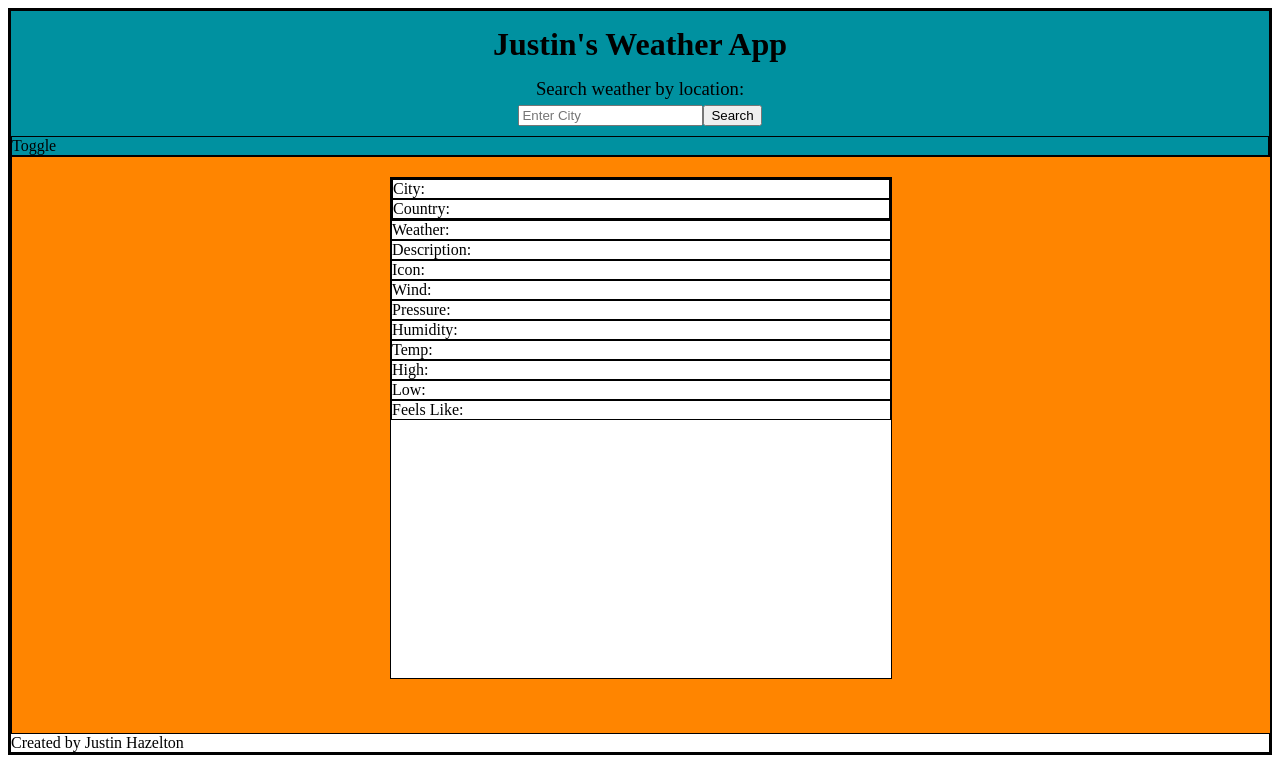
Repository: J-Haze/Weather
Page: /
The author's editor kept a copy of each file at every save. The page is drawn from the files as they stood at one save, then again after the next save.
The browser window is 1280 px wide. The pictures show the whole page.
The project was rebuilt for these pictures with package versions that can differ from the ones it lists, and the page was loaded fresh each time. Also part of the build but not shown: src/index.css.

Above is the page before, as saved 2020-09-06 18:43:25.

### public/index.html
<!DOCTYPE html>
<html lang="en">
  <head>
    <meta charset="utf-8" />
    <link rel="icon" href="%PUBLIC_URL%/favicon.ico" />
    <meta name="viewport" content="width=device-width, initial-scale=1" />
    <meta name="theme-color" content="#000000" />
    <meta
      name="description"
      content="Web site created using create-react-app"
    />
    <link rel="apple-touch-icon" href="%PUBLIC_URL%/logo192.png" />
    <!--
      manifest.json provides metadata used when your web app is installed on a
      user's mobile device or desktop. See https://developers.google.com/web/fundamentals/web-app-manifest/
    -->
    <link rel="manifest" href="%PUBLIC_URL%/manifest.json" />
    <!--
      Notice the use of %PUBLIC_URL% in the tags above.
      It will be replaced with the URL of the `public` folder during the build.
      Only files inside the `public` folder can be referenced from the HTML.

      Unlike "/favicon.ico" or "favicon.ico", "%PUBLIC_URL%/favicon.ico" will
      work correctly both with client-side routing and a non-root public URL.
      Learn how to configure a non-root public URL by running `npm run build`.
    -->
    <title>Weather App ⛅</title>
  </head>
  <body>
    <noscript>You need to enable JavaScript to run this app.</noscript>
    <div id="root"></div>
    <!--
      This HTML file is a template.
      If you open it directly in the browser, you will see an empty page.

      You can add webfonts, meta tags, or analytics to this file.
      The build step will place the bundled scripts into the <body> tag.

      To begin the development, run `npm start` or `yarn start`.
      To create a production bundle, use `npm run build` or `yarn build`.
    -->
  </body>
</html>

### src/App.js
import React from "react";
import "./App.css";
import Weather from "./components/Weather"
// import Results from "./components/Results"

function App() {
  return (
    <div className="App" >
        <Weather />
    </div >
  )

}

export default App;

### src/App.css
:root{
    --light-blue: rgb(0,145,160);
    --orange: rgb(255, 133, 0);
    --dark-blue: rgb(0, 39, 96);
}

div {
    border: solid black 1px;
}

/* #root{
        width: 100%;
        height: 100%;
        bottom: 0px;
}

#app{
        width: 100%;
        height: 100%;
        bottom: 0px;
} */

header{
    background-color: var(--light-blue);
    display: flex;
    flex-direction: column;
    margin-left: auto;
    margin-right: auto;
    justify-content: center;
}

#title{
    display: flex;
    margin-left: auto;
    margin-right: auto;
    justify-content: center;
    /* align-items: center; */
    font-size: 2em;
    margin-top: 15px;
    margin-bottom: 15px;
    font-weight: bold;

    border: none;
}

#subtitle{
    display: flex;
    justify-content: center;
     align-items: center;
     margin-top: none;
     margin-bottom: 5px;;
    font-size: 1.17em;

    border: none;
}

#form{
    display: flex;
    margin-bottom: 10px;
}

#search-box{
    display: flex;
        margin-left: auto;
    justify-content: center;
     align-items: center;

}

#search-button{
    margin-right: auto;

      position: relative;
  /* width: 30px; */
  /* height: 30px;
  line-height: 30px; */
  color: black;
  /* flex-shrink: 0; */
}

#fa-search-location{
    display: flex;
    height: 100%;
    width: 100%;
    color: black;
}

#results-section{
    background-color: var(--orange);
    width: 100%;
    margin-top: 0px;
    height: 100%;
    min-height: 80vh;
}



#results-card{
    background-color: white;
    width: 500px;
    height: 500px;
    margin-top: 20px;
    margin-left: auto;
    margin-right: auto;
}

### src/components/Weather.js
import React from 'react';
// import getWeather from "./getWeather";
import { useState, useEffect } from 'react';
import "../App.css";
// import { getIconClass, makeDate } from '../Helpers';


const Weather = () => {

    let [error, setError] = useState(false);
    let [loading, setLoading] = useState(false);
    let [errorMessage, setErrorMessage] = useState("");

    let [location, setLocation] = useState("");
    const [data, setData] = useState(null);
    const [url, setUrl] = useState("")

    const [city, setCity] = useState("");
    const [country, setCountry] = useState("");
    const [weather, setWeather] = useState("");
    const [description, setDescription] = useState("");
    const [icon, setIcon] = useState("");
    const [pressure, setPressure] = useState("");
    const [humidity, setHumidity] = useState("");
    const [wind, setWind] = useState("");

    const [temp, setTemp] = useState("");
    const [max, setMax] = useState("");
    const [min, setMin] = useState("");
    const [feel, setFeel] = useState("");

    //to keep API hidden:
    //const API_KEY = process.env.REACT_APP_API_KEY;
    const API_KEY = process.env.REACT_APP_API_KEY;




    const handleChange = (event) => {
        event.preventDefault();
        setLocation(event.target.value);
        console.log("event.target.value:", event.target.value)
    };

    const handleSubmit = (event) => {
        event.preventDefault();
        let urlInput = `https://api.openweathermap.org/data/2.5/weather?q=${location}&appid=${API_KEY}`
        setUrl(urlInput)
    };

    useEffect(() => {
        if (!url) return;
        console.log("url:", url)
        const fetchWeather = async () => {
            setLoading(true);
            setError(false);
            try {
                const response = await fetch(url);
                const data = await response.json();
                console.log()
                if (data.cod !== 200) throw new Error(`${data.cod}: ${data.message}`);
                setData(data);
                setCity(data.name);
                setCountry(data.sys.country)
                // date: makeDate(),
                setWeather(data.weather[0].main);
                setDescription(data.weather[0].description);
                setIcon(data.weather[0].icon)
                //^^ get picture based on what the icon is
                setPressure(data.main.pressure);
                setHumidity(data.main.humidity);
                setTemp(data.main.temp);
                setMax(data.main['temp_max']);
                setMin(data.main['temp_min']);
                setFeel(data.main['feels_like']);
            } catch (error) {
                setError(true);
                setErrorMessage(error.message);
                console.log(error);
            }
        };
        setLoading(false);
        fetchWeather();
    },
        [url]
    );

    console.log(error,loading,errorMessage,data)

    return (
        <div id="app">
            <header id="header">
                <div id="title" >Justin's Weather App</div>
                <div id="subtitle"> Search weather by location:</div>
                <form onSubmit={handleSubmit} id="form">
                    <input
                        type="text"
                        name="location"
                        placeholder="Enter City"
                        maxLength="50"
                        value={location || ""}
                        onChange={handleChange}
                        id="search-box"
                    />
                    <button type="submit" id="search-button">
                        <i className="fas fa-search-location"></i>
                        Search
                    </button>
                </form>
                <div> Toggle </div>
            </header>
            <div id="results-section">
                <div id="results-card">
                    <div className="location">
                        <div className="city">City: {city}</div>
                        {/* <div>State: {state}</div> */}
                        <div className="country">Country: {country}</div>
                    </div>
                    <div className="weather">Weather: {weather}</div>
                    <div className="description">Description: {description}</div>
                    <div className="icon">Icon: {icon}</div>
                    {/* ^^Get picture based on what the icon data is */}

                    <div className="wind">Wind: {wind}</div>
                    <div className="pressure">Pressure: {pressure}</div>
                    <div className="humidity">Humidity: {humidity}</div>

                    <div className="temp">Temp: {temp}</div>
                    <div className="max">High: {max}</div>
                    <div className="min">Low: {min}</div>
                    <div className="feel">Feels Like: {feel}</div>
                </div>
            </div>
            <footer>
                Created by Justin Hazelton
            </footer>
        </div>
    )

}

export default Weather

Loaded but not shown: src/index.js (common file); src/serviceWorker.js (common file)

After the next save:
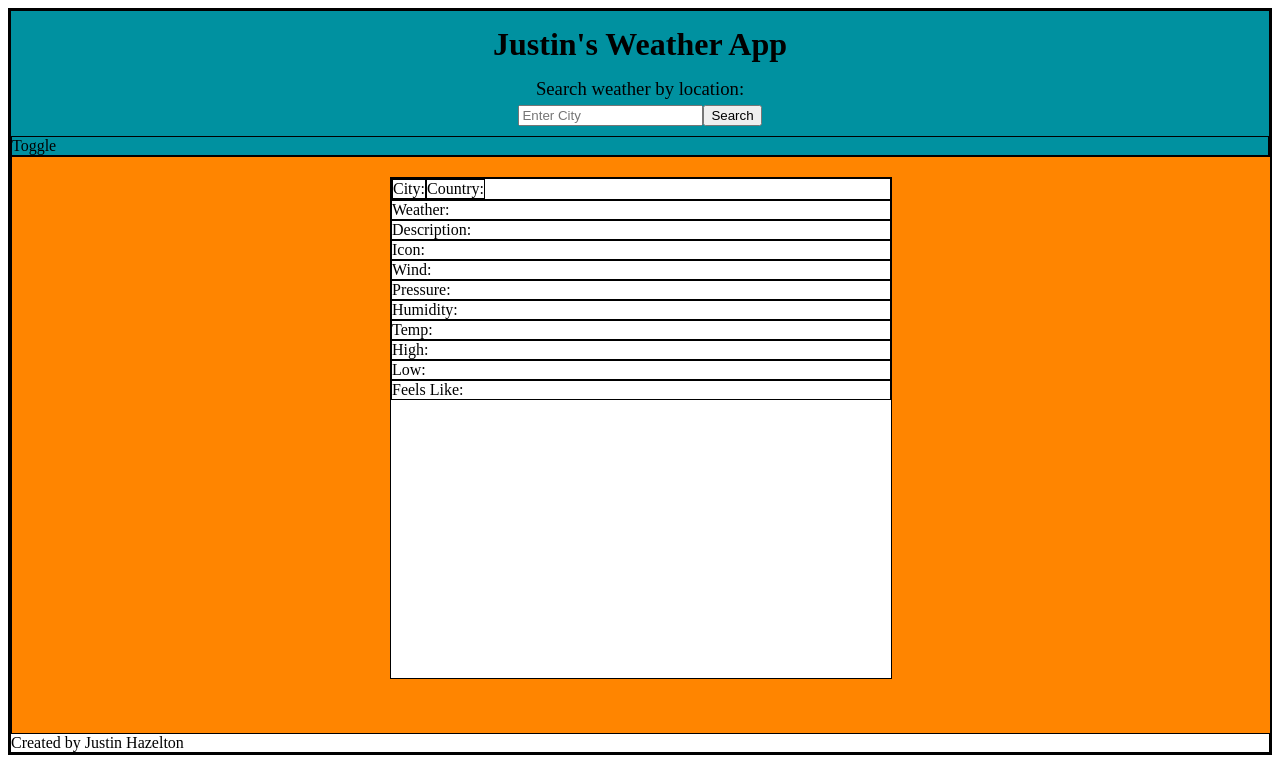
Saved 29 s later.
--- a/src/App.css
+++ b/src/App.css
@@ -103,3 +103,7 @@ header{
     margin-left: auto;
     margin-right: auto;
 }
+
+.location{
+    display: flex;
+}
